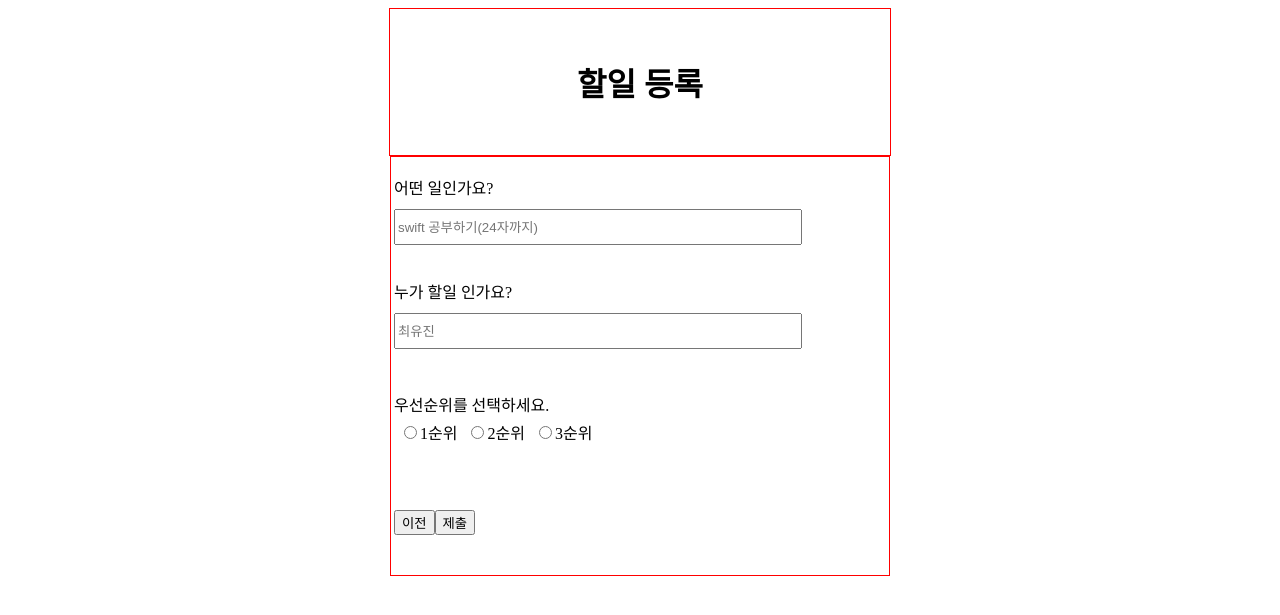
Repository: estellechoi/jsp-project-todo
Page: http://localhost/todo/jsp/form.jsp
An editor plug-in stored every save of this project. The page is shown before and after the next save, followed by the edit.
The browser window is 1280 px wide. The pictures show the whole page.
The page is served by Tomcat 9. Other server files are loaded and not shown.

Above is the page before, as saved 2019-12-08 07:10:47.

### todo/src/main/webapp/jsp/form.jsp
<%@ page language="java" contentType="text/html; charset=UTF-8"
    pageEncoding="UTF-8"%>
<!DOCTYPE html>
<html>
<head>
<meta charset="UTF-8">
<title>Insert title here</title>
<style>
	table, h1 {
		width: 500px;
		margin: auto;
		border: 1px solid red;
	}

	h1 {
		padding-top: 50px;
		padding-bottom: 50px;
		text-align: center;
	}

	.block_input {
		height: 100px;
	}

	.label {
		height: 30px;
	}

	input[type=text] {
		width: 400px;
		height: 30px;
		margin-top: 10px;
	}

	input[type=radio] {
		margin-left: 10px;
		boder: 1px solid red;
		margin-top: 10px;
	}

	input[type=button] {
		float: left;
	}
</style>
</head>
<body>
	<h1>할일 등록</h1>
	<form action="TodoAddServlet" method="post">
		<table>
			<tr>
				<td class="block_input">
					<span class="label">어떤 일인가요?</span> <br />
					<input type="text" name="title" placeholder="swift 공부하기(24자까지)" maxlength="24" />
				</td>
			</tr>
			<tr>
				<td class="block_input">
					<span class="label">누가 할일 인가요?</span> <br />
					<input type="text" name="name" placeholder="최유진" />
				</td>
			</tr>
			<tr>
				<td class="block_input">
					<span class="label">우선순위를 선택하세요.</span> <br />
					<input type="radio" name="sequence" value="1" />1순위
					<input type="radio" name="sequence" value="2" />2순위
					<input type="radio" name="sequence" value="3" />3순위
				</td>
			</tr>
			<tr>
				<td class="block_input">
					<input type="button" value="이전" />
					<input type="submit" value="제출" />
				</td>
			</tr>
		</table>
	</form>
</body>
</html>

After the next save:
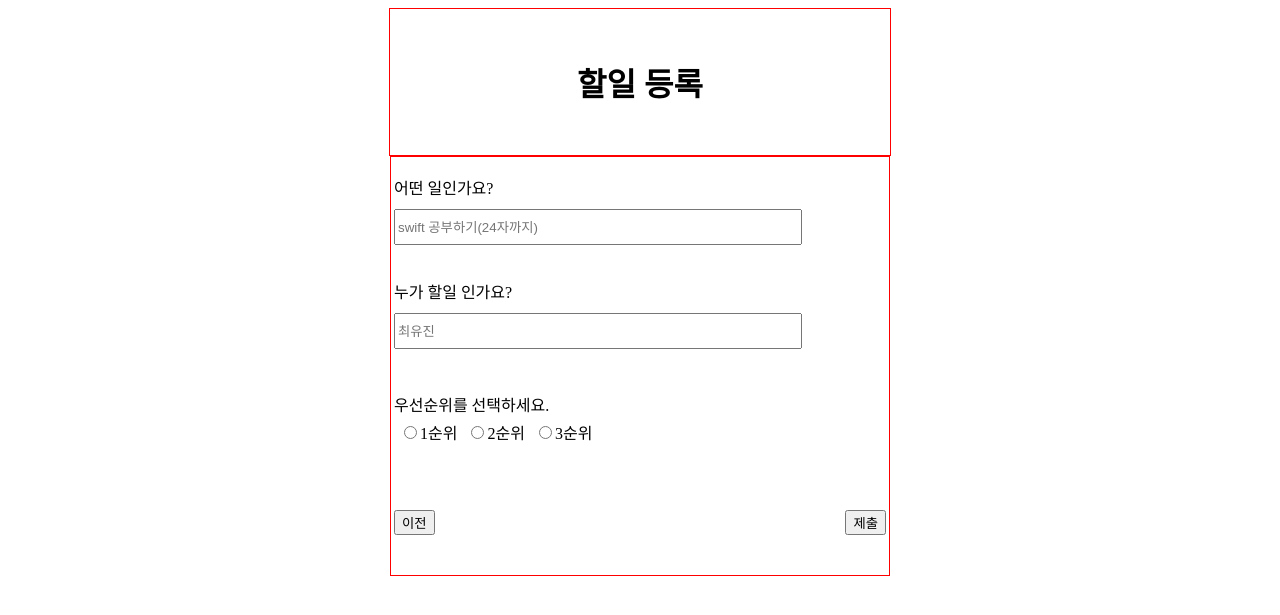
Saved 17 s later.
--- a/todo/src/main/webapp/jsp/form.jsp
+++ b/todo/src/main/webapp/jsp/form.jsp
@@ -41,6 +41,10 @@
 	input[type=button] {
 		float: left;
 	}
+
+	input[type=submit] {
+		float: right;
+	}
 </style>
 </head>
 <body>
